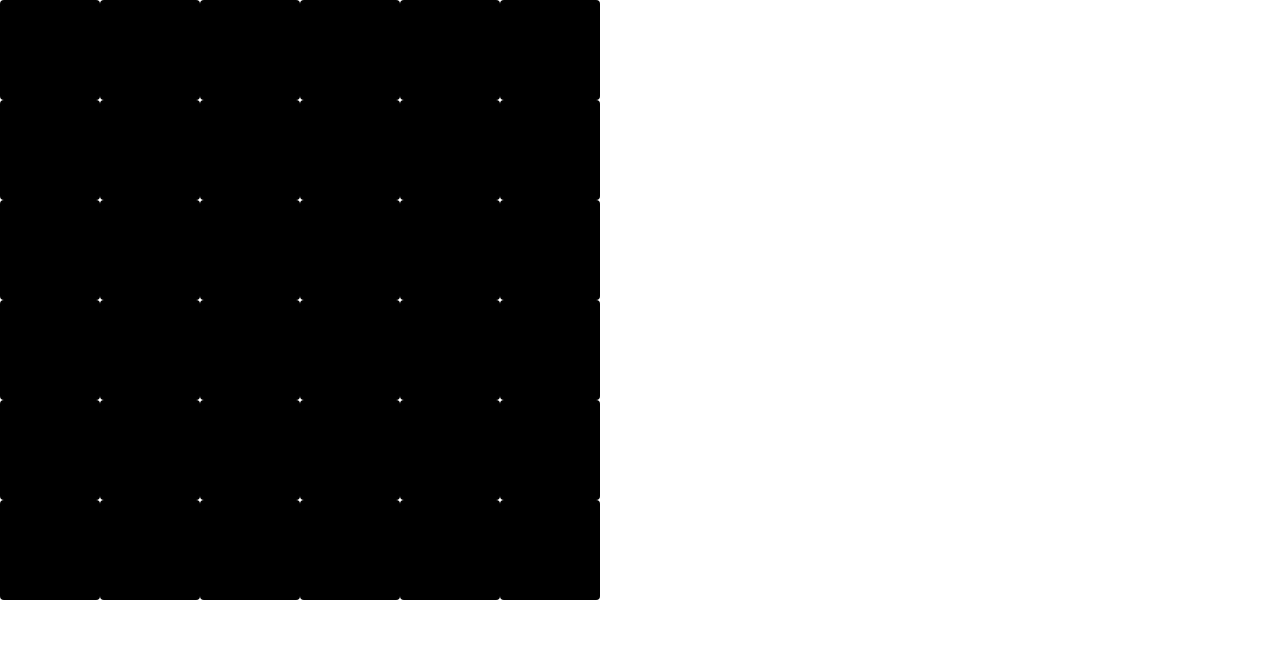
Repository: Lytecyde/emomemo
Page: html/index.html
These files come from the project's save history. The page is drawn as it stood at one moment and after the next save; the edit follows.
The browser window is 1280 px wide. The pictures show the whole page.

Above is the page before, as saved 2020-03-31 09:17:41.

After the next save:
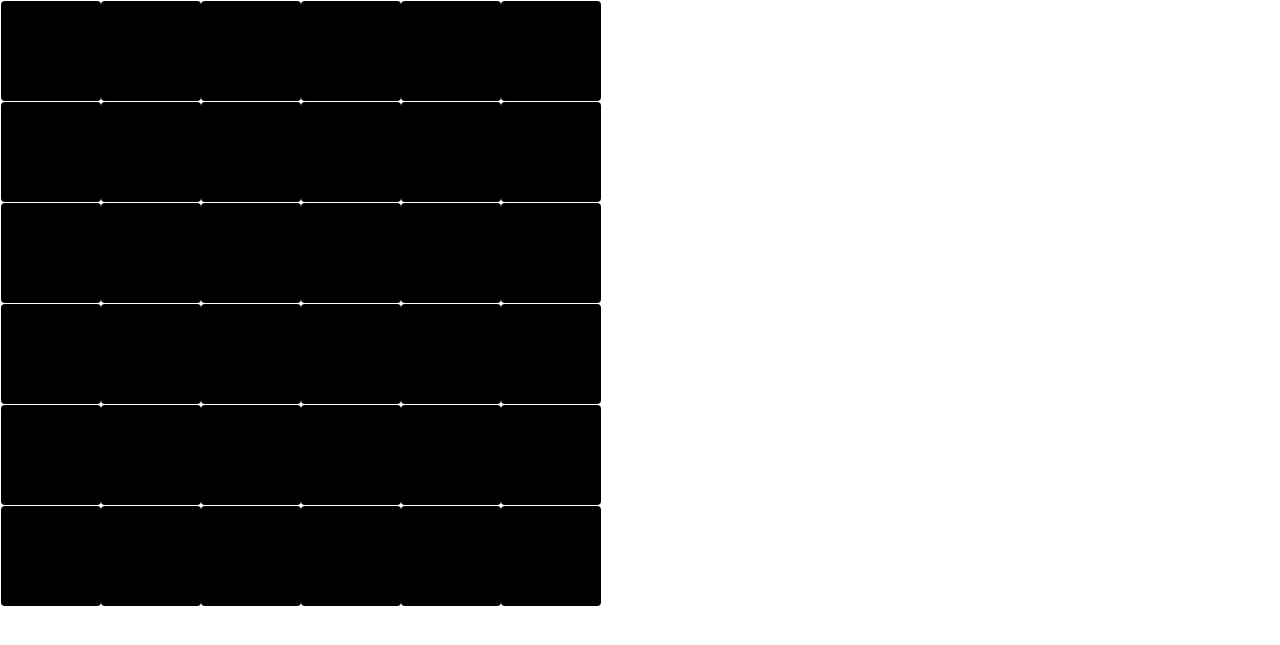
Saved 49 s later.
--- a/css/style.css
+++ b/css/style.css
@@ -16,7 +16,7 @@
     background-color: aqua;
     width: 100px;
     height: 100px;
-    border: 1px;
+    margin: 1px;
     border-radius: 4px;
 }
 
@@ -27,7 +27,7 @@
     color:white;
     width: 100px;
     height: 100px;
-    border: 1px;
+    margin: 1px;
     border-radius: 4px;
 }
 
